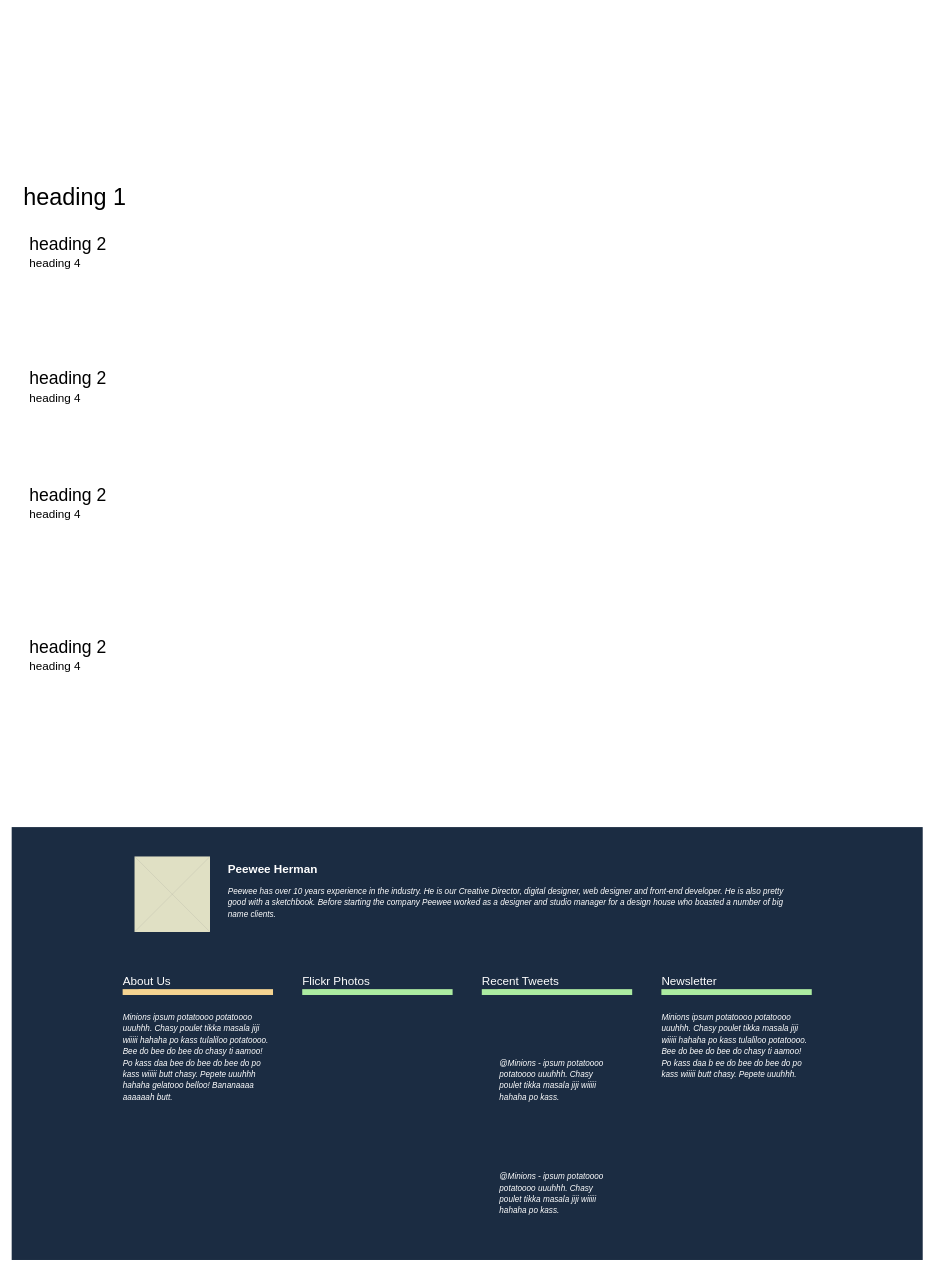
Repository: MonicaNguyenH/LAB-02A-Project1
Page: index.html
An editor plug-in stored every save of this project. The page is shown before and after the next save, followed by the edit.
The browser window is 1280 px wide. The pictures show the whole page, at 73% of full size.

Above is the page before, as saved 2024-02-06 20:06:32.

### index.html
<!doctype html>
<html class="no-js" lang="EN">

    <head>
        <meta charset="utf-8">
        <meta name="viewport" content="width=device-width, initial-scale=1">
        <title>Jumi - Tina - Monica  LAB-02A</title>
        <link rel="stylesheet" href="css/style.css">
        <meta name="description" content="">

        <meta property="og:title" content="">
        <meta property="og:type" content="">
        <meta property="og:url" content="">
        <meta property="og:image" content="">

        <link rel="icon" href="/favicon.ico" sizes="any">
        <link rel="icon" href="/icon.svg" type="image/svg+xml">
        <link rel="apple-touch-icon" href="icon.png">

        <link rel="manifest" href="site.webmanifest">
        <meta name="theme-color" content="#fafafa">
    </head>
    <body>
            <div className="row">
                <header class="headerContainer">
                    <div class="navigationBar">
                        <div class="logo"></div>
                        <div class="menuContainer">
                            <div class="menuComponent"></div>
                            <div class="menuComponent"></div>
                            <div class="menuComponent"></div>
                            <div class="menuComponent"></div>
                            <div class="menuComponent"></div>
                    </div>
                    <div class="carouselContainer"></div>
            </header>
            <main class="mainContainer">
                <div class="headingContainer">
                    <h1 class="headingOne">heading 1</h1>
                </div>
                <!--can be called serviceContainer-->
                <div class="infoContainer">
                    <div class="infoTitle">
                        <h2 class="headingTwo">heading 2</h2> <!--section intro heading-->
                        <h4 class="headingFour">heading 4</h4> <!--section intro subheading-->
                    </div>
                    <!--can be called sectionItem-->
                    <div class="infoBox"></div>
                    <div class="infoBox"></div>
                    <div class="infoBox"></div>
                    <div class="infoBox"></div>
                </div>
                <div class="imageContainer">
                    <div class="imageTitle">
                        <h2 class="headingTwo">heading 2</h2>
                        <h4 class="headingFour">heading 4</h4>
                    </div>
                    <div class="imageBox"></div>
                    <div class="imageBox"></div>
                    <div class="imageBox"></div>
                </div>
                <div class="projectContainer">
                    <div class="projectTitle">
                        <h2 class="headingTwo">heading 2</h2>
                        <h4 class="headingFour">heading 4</h4>
                    </div>
                    <div class="projectBox"></div>
                    <div class="projectBox"></div>
                    <div class="projectBox"></div>
                    <div class="projectBox"></div>
                    <div class="projectBox"></div>
                </div>
                <div class="accordionContainer">
                    <div class="accordionTitle">
                        <h2 class="headingTwo">heading 2</h2>
                        <h4 class="headingFour">heading 4</h4>
                    </div>
                    <div class="accordionMenu"></div>
                    <div class="accordionTab"></div>
                </div>
                <div class="sponsorshipContainer ">
                    <div class="sponsor"></div>
                    <div class="sponsor"></div>
                    <div class="sponsor"></div>
                    <div class="sponsor"></div>
                    <div class="sponsor"></div>
                </div>
            </main>
            <footer class="footerContainer">
                <div class="row s-col-1 m-col-2 l-col-4">
                    <div class="col row-span">
                        <div class="grid s-col-2 m-col-2-1 l-col-2-1">
                            <div class="col">
                                <img src="img/placeholder.svg" alt="placeholder image"/>
                            </div>
                            <div class="col">
                                <h5 class="headingFive">Peewee Herman</h5>
                                <p>Peewee has over 10 years experience in the industry. He is our Creative Director, digital designer, web designer and front-end developer. He is also pretty good with a sketchbook. Before starting the company Peewee worked as a designer and studio manager for a design house who boasted a number of big name clients.</p>
                            </div>
                        </div>
                    </div>
                    <div class="footerBox">
                        <h4 class="headingFour">About Us</h4>
                        <div class="arrow">
                            <div class="horizontal-line" style="background-color: var(--yellow);"></div>
                            <div class="down-arrow" style="border-top: solid var(--yellow)"></div>
                        </div>
                        <p>Minions ipsum potatoooo potatoooo uuuhhh. Chasy poulet tikka masala jiji wiiiii hahaha po kass tulaliloo potatoooo. Bee do bee do bee do chasy ti aamoo! Po kass daa bee do bee do bee do po kass wiiiii butt chasy. Pepete uuuhhh hahaha gelatooo belloo! Bananaaaa aaaaaah butt.</p>
                        <div>
                            <div></div>
                            <div></div>
                            <div></div>
                            <div></div>
                            <div></div>
                        </div>
                    </div>
                    <div class="footerBox">
                        <h4 class="headingFour">Flickr Photos</h4>
                        <div class="arrow">
                            <div class="horizontal-line" style="background-color: var(--green);"></div>
                            <div class="down-arrow" style="border-top: solid var(--green)"></div>
                        </div>
                        <div>
                            <div></div>
                            <div></div>
                            <div></div>
                            <div></div>
                            <div></div>
                            <div></div>
                        </div>
                    </div>
                    <div class="footerBox">
                        <h4 class="headingFour">Recent Tweets</h4>
                        <div class="arrow">
                            <div class="horizontal-line" style="background-color: var(--green);"></div>
                            <div class="down-arrow" style="border-top: solid var(--green)"></div>
                        </div>
                        <div>
                            <div>
                                <div>
                                    <img src="" alt=""/>
                                </div>
                                <div>
                                    <p><span>@Minions</span> - ipsum potatoooo potatoooo uuuhhh. Chasy poulet tikka masala jiji wiiiii hahaha po kass. </p>
                                </div>
                            </div>
                            <div>
                                <div>
                                    <img src="" alt=""/>
                                </div>
                                <div>
                                    <p><span>@Minions</span> - ipsum potatoooo potatoooo uuuhhh. Chasy poulet tikka masala jiji wiiiii hahaha po kass. </p>
                                </div>
                            </div>
                        </div>
                    </div>
                    <div class="footerBox">
                        <h4 class="headingFour">Newsletter</h4>
                        <div class="arrow">
                            <div class="horizontal-line" style="background-color: var(--green);"></div>
                            <div class="down-arrow" style="border-top: solid var(--green)"></div>
                        </div>
                        <p>Minions ipsum potatoooo potatoooo uuuhhh. Chasy poulet tikka masala jiji wiiiii hahaha po kass tulaliloo potatoooo. Bee do bee do bee do chasy ti aamoo! Po kass daa b ee do bee do bee do po kass wiiiii butt chasy. Pepete uuuhhh. </p>
                        <img src="" alt=""/>
                    </div>
                </div>
            </footer>
        </div>
    </body>


</html>

<!--
    - BEM
    - use instead of articleContainer - article
    - aricleItem
    - carouselSlide
    - never number stuff
    - naming convention is to reuse them as much as possible
    - dry - dont repeat yourself
    - avoid using straight width - height

-->

### css/style.css
:root {
    font-size: 16px;
    line-height: 1.4;
    color: var(--black);
    font-family: Helvetica, sans-serif;

    --dark-blue: #1B2C42;
    --white: #fff;
    --black: black;
    --blue: #56CBF9;
    --green: #ACECA1;
    --yellow: #F5D491;
    --pink: #F17EA6;
 }

audio,
canvas,
iframe,
img,
svg,
video {
    vertical-align: middle;
}

fieldset {
    border: 0;
    margin: 0;
    padding: 0;
}

textarea {
    resize: vertical;
}

img {
    width: 100%;
}

h1,
h2,
h3,
h4,
h5,
h6 {
    font-family: Arial, Helvetica, sans-serif;
    font-weight: 300;
    margin: 0;
}

p {
    font-family: Arial, Helvetica, sans-serif;
    font-size: 0.7rem;
    font-style: italic;
}

h5 {
    font-size: 1em;
    padding-top: 1vh;
    font-weight: bold;
}

div,
main,
section,
footer,
header {
    min-height: 0.5rem;
    padding: 0.5rem;
}

/**core layout**/
.row {
    display: grid;
    row-gap: 1rem;
    margin: auto;
}

.col {
    position: relative;
}

/********************STYLING********************/
.footerContainer {
    background-color: var(--dark-blue);
    color: var(--white);
}

.row-span {
    grid-column-start: 1;
    grid-column-end: -1;
}


.grid {
    display: grid;
    column-gap: 0.5rem;
    row-gap: 0.5rem;
}


/*********************Small only*********************/
@media screen and (max-width: 39.9375em) {
    .row {
        margin: auto;
        max-width: 60rem;
        column-gap: 1.5rem;
        row-gap: 1.5rem;
    }

    .s-col-1 {
        grid-template-columns: 1fr;
    }

    .s-col-2 {
        grid-template-columns: 1fr 1fr;
    }

    .col-2 {
        grid-template-columns: 1fr 1fr;
    }

}


/********************** Medium and up **********************/
@media screen and (min-width: 40em) {
    .row {
        margin: auto;
        max-width: 40rem;
        column-gap: 1.5rem;
        row-gap: 1.5rem;
    }

    .m-col-2 {
        grid-template-columns: 1fr 1fr;
    }

    .m-col-2-1 {
        grid-template-columns: 0.2fr 1fr;
    }



}


/********************** Medium only **********************/
@media screen and (min-width: 40em) and
(max-width: 63.9375em) {

}


/********************** Large and up **********************/
@media screen and (min-width: 64em) {
    .row{
        margin: auto;
        max-width: 60rem;
        column-gap: 1.5rem;
        row-gap: 1.5rem;
    }

    .l-col-4 {
        grid-template-columns: repeat(4, 1fr);
    }

    .l-col-2-1 {
        grid-template-columns: 0.15fr 1fr;
    }


}


/********************** Large only **********************/
@media screen and (min-width: 64em) and
(max-width: 74.9375em) {
}

/********************** FOOTER **********************/
.down-arrow {
    position: absolute;
    top: 0%; /* Position at 1/3 of the height of the line */
    left: calc(1/10 * 100%);
    width: 0;
    height: 0;
    border-left: 5px solid transparent;
    border-right: 5px solid transparent;
    border-top: 8.66px solid;
}

.horizontal-line {
    width: 100%;
    height: 1px;
    padding: 0;
}

.arrow {
    position: relative;
    height: 20px;
    padding: 0;
    min-height: 0;
}







/*
p {
        font-size: 0.6em;
        font-style: italic;
    }




p {
        font-size: 0.2em;
        font-style: italic;
    }



p {
    font-size: 0.7em;
    font-style: italic;
}


/*

After the next save:
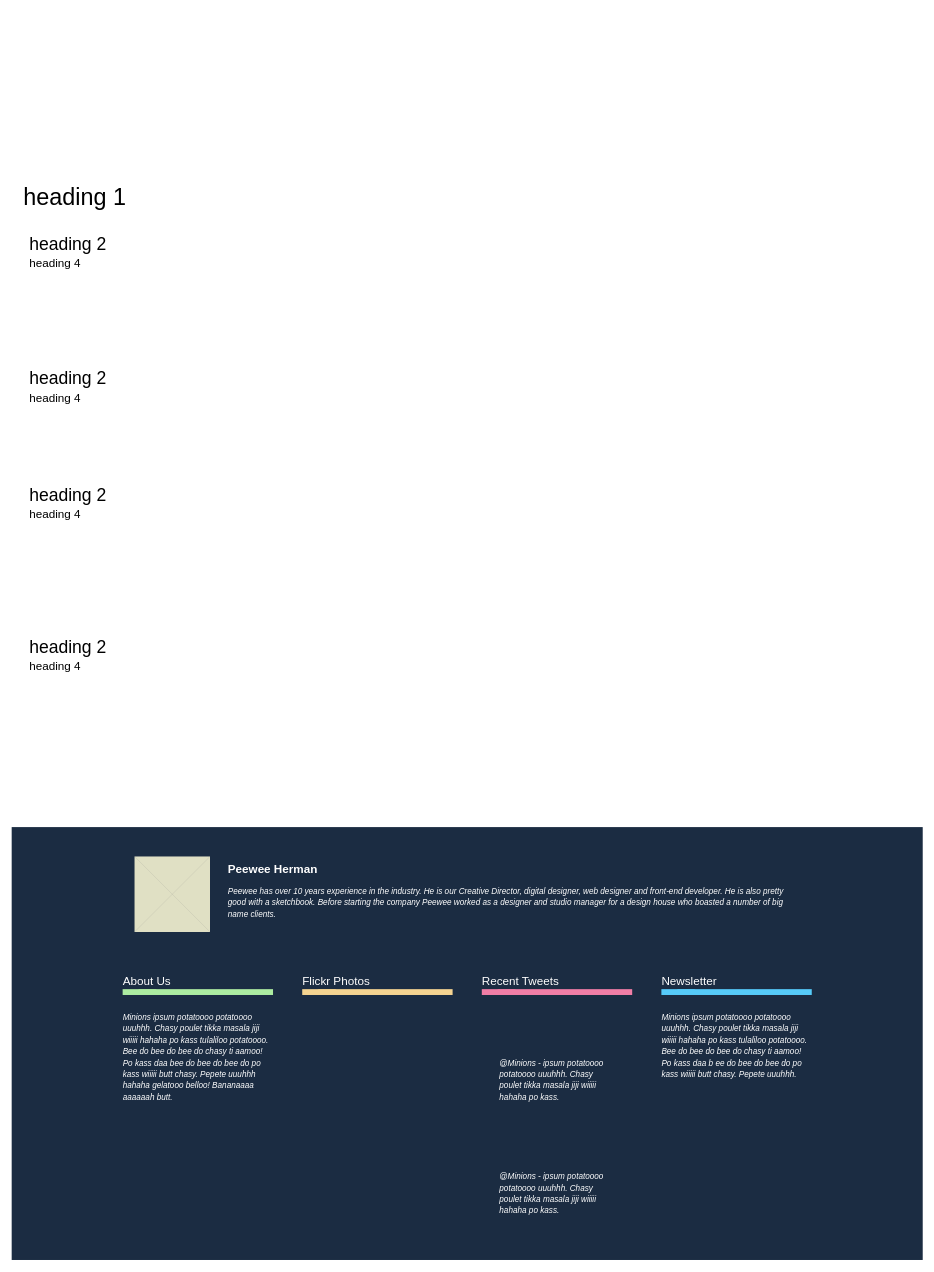
Saved 53 s later.
--- a/index.html
+++ b/index.html
@@ -102,8 +102,8 @@
                     <div class="footerBox">
                         <h4 class="headingFour">About Us</h4>
                         <div class="arrow">
-                            <div class="horizontal-line" style="background-color: var(--yellow);"></div>
-                            <div class="down-arrow" style="border-top: solid var(--yellow)"></div>
+                            <div class="horizontal-line" style="background-color: var(--green);"></div>
+                            <div class="down-arrow" style="border-top: solid var(--green)"></div>
                         </div>
                         <p>Minions ipsum potatoooo potatoooo uuuhhh. Chasy poulet tikka masala jiji wiiiii hahaha po kass tulaliloo potatoooo. Bee do bee do bee do chasy ti aamoo! Po kass daa bee do bee do bee do po kass wiiiii butt chasy. Pepete uuuhhh hahaha gelatooo belloo! Bananaaaa aaaaaah butt.</p>
                         <div>
@@ -117,8 +117,8 @@
                     <div class="footerBox">
                         <h4 class="headingFour">Flickr Photos</h4>
                         <div class="arrow">
-                            <div class="horizontal-line" style="background-color: var(--green);"></div>
-                            <div class="down-arrow" style="border-top: solid var(--green)"></div>
+                            <div class="horizontal-line" style="background-color: var(--yellow);"></div>
+                            <div class="down-arrow" style="border-top: solid var(--yellow)"></div>
                         </div>
                         <div>
                             <div></div>
@@ -132,8 +132,8 @@
                     <div class="footerBox">
                         <h4 class="headingFour">Recent Tweets</h4>
                         <div class="arrow">
-                            <div class="horizontal-line" style="background-color: var(--green);"></div>
-                            <div class="down-arrow" style="border-top: solid var(--green)"></div>
+                            <div class="horizontal-line" style="background-color: var(--pink);"></div>
+                            <div class="down-arrow" style="border-top: solid var(--pink)"></div>
                         </div>
                         <div>
                             <div>
@@ -157,8 +157,8 @@
                     <div class="footerBox">
                         <h4 class="headingFour">Newsletter</h4>
                         <div class="arrow">
-                            <div class="horizontal-line" style="background-color: var(--green);"></div>
-                            <div class="down-arrow" style="border-top: solid var(--green)"></div>
+                            <div class="horizontal-line" style="background-color: var(--blue);"></div>
+                            <div class="down-arrow" style="border-top: solid var(--blue)"></div>
                         </div>
                         <p>Minions ipsum potatoooo potatoooo uuuhhh. Chasy poulet tikka masala jiji wiiiii hahaha po kass tulaliloo potatoooo. Bee do bee do bee do chasy ti aamoo! Po kass daa b ee do bee do bee do po kass wiiiii butt chasy. Pepete uuuhhh. </p>
                         <img src="" alt=""/>
